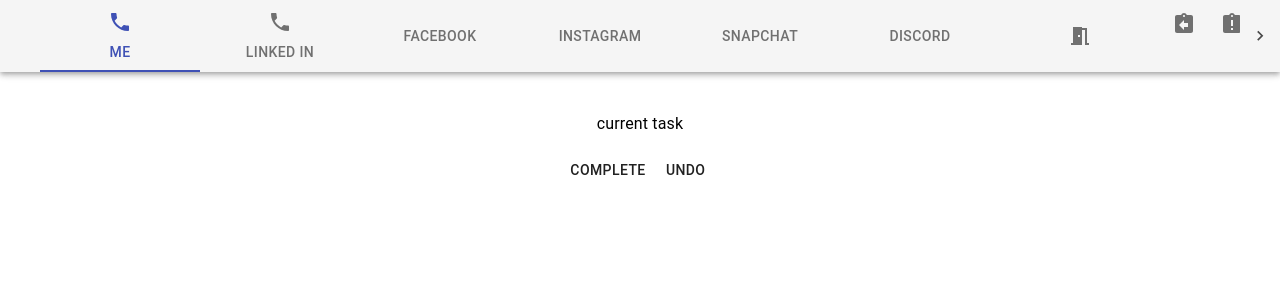
Repository: hossamsulleman1/CONTACTME
Page: / (app in my-app/)
The author's editor kept a copy of each file at every save. The page is drawn from the files as they stood at one save, then again after the next save.
The browser window is 1280 px wide. The pictures show the whole page.
The project was rebuilt for these pictures with package versions that can differ from the ones it lists, and the page was loaded fresh each time. Also part of the build but not shown: my-app/src/Components/PageProp.jsx, my-app/src/Components/ProfileFolder/FriendsAvatarList.jsx, my-app/src/Components/ProfileFolder/Content.jsx.

Above is the page before, as saved 2020-11-08 11:29:23.

After the next save:
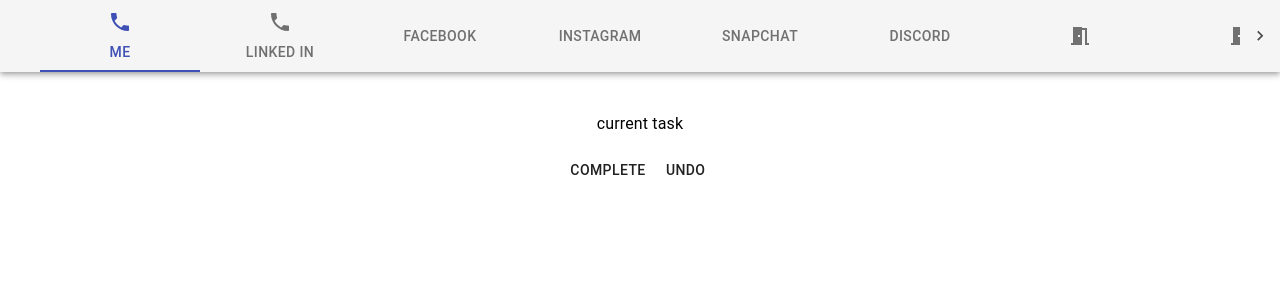
Saved 8 s later.
--- a/my-app/src/Components/IconNav.jsx
+++ b/my-app/src/Components/IconNav.jsx
@@ -98,6 +98,7 @@ export default function IconNav() {
           <Tab label="Snapchat" {...a11yProps(4)} />
           <Tab label="Discord" {...a11yProps(5)} />
           <Tab icon={<MeetingRoomIcon />} {...a11yProps(6)} />
+          <Tab icon={<MeetingRoomIcon />} {...a11yProps(6)} />
 
           <div className="flexbox">
             <div className="floatRight">
